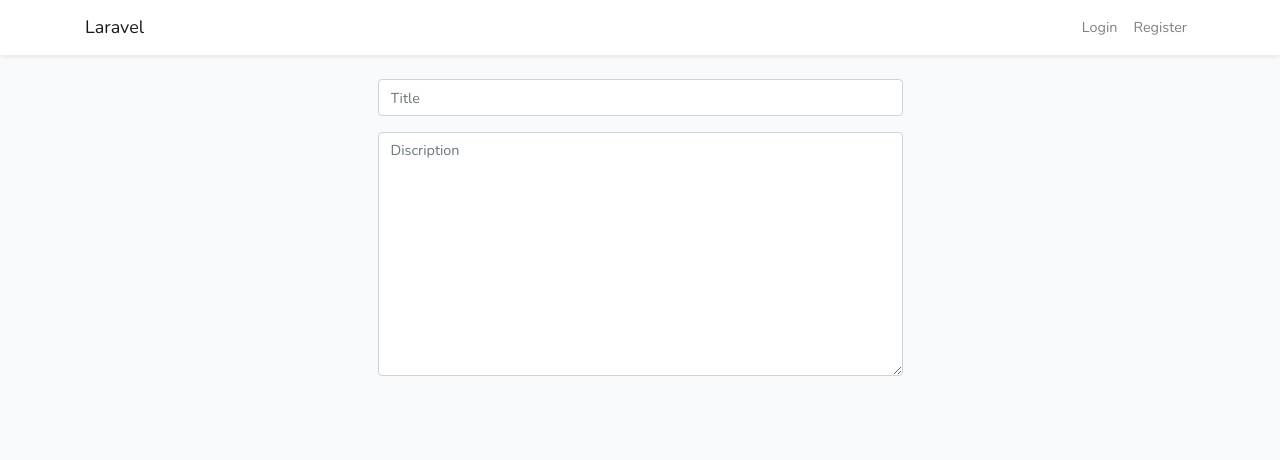
Repository: mohamedelbadawi/Simple-galley-using-laravel
Page: http://localhost/admin/albums/create
An editor plug-in stored every save of this project. The page is shown before and after the next save, followed by the edit.
The browser window is 1280 px wide. The pictures show the whole page.
The page is served by the project's Laravel application, run on PHP 8.4 with Laravel 8. Other server files are loaded and not shown.

Above is the page before, as saved 2021-08-31 09:46:48.

### Gallery/routes/web.php
<?php

use App\Http\Controllers\AlbumsController;
use Illuminate\Support\Facades\Auth;
use Illuminate\Support\Facades\Route;

/*
|--------------------------------------------------------------------------
| Web Routes
|--------------------------------------------------------------------------
|
| Here is where you can register web routes for your application. These
| routes are loaded by the RouteServiceProvider within a group which
| contains the "web" middleware group. Now create something great!
|
 */

Route::get('/', function () {
    return view('gallery/index');
});

Route::get('/home', function () {
    return view('gallery/index');
});

Route::get('/index', function () {
    return view('gallery/index');
})->name('index');

Route::get('/gallery', function () {
    return view('gallery/gallery');
})->name('gallery');

Route::get('/about', function () {
    return view('gallery/about');
})->name('about');

Route::get('/contact', function () {
    return view('gallery/contact');
})->name('contact');
Route::get('/blog', function () {
    return view('gallery/blog');
})->name('blog');

Route::prefix('admin')->group(function () {
    Auth::routes();
    Route::get('/dashboard', function () {
        return view('admin/dashboard');
    });
    Route::get('/albums/create',[AlbumsController::class,'create']);


});
Route::get('/admin', function () {
    return view('admin.Dashboard');
})->middleware('auth');

### Gallery/app/Http/Controllers/AlbumsController.php
<?php

namespace App\Http\Controllers;

class AlbumsController extends Controller
{
    public function index()
    {

    }

    public function create()
    {

        return view('admin.albums.create');
    }

}

### Gallery/resources/views/admin/albums/create.blade.php
@extends('layouts.app')
@section('content')
    <div class="container d-flex justify-content-center" >

        <form action="" class="col-md-6">
            <div class="form-group">
                <input type="text" class="form-control" name="title" placeholder="Title">
            </div>
            <div class="form-group">

                <textarea name="discription" id="" cols="30" class="form-control" rows="10" placeholder="Discription"></textarea>
            </div>

        </form>
    </div>


@endsection

Loaded but not shown: Gallery/app/Http/Controllers/Auth/ConfirmPasswordController.php (common file); Gallery/app/Http/Controllers/Controller.php (common file); Gallery/resources/views/layouts/app.blade.php (common file); Gallery/public/css/app.css (library)

After the next save:
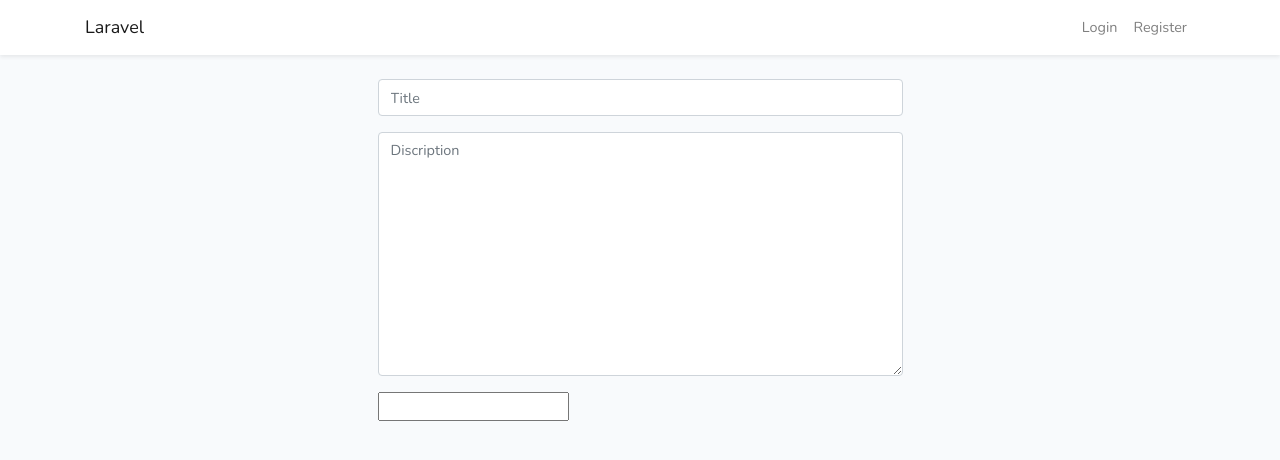
Saved 27 s later.
--- a/Gallery/resources/views/admin/albums/create.blade.php
+++ b/Gallery/resources/views/admin/albums/create.blade.php
@@ -7,8 +7,10 @@
                 <input type="text" class="form-control" name="title" placeholder="Title">
             </div>
             <div class="form-group">
-
                 <textarea name="discription" id="" cols="30" class="form-control" rows="10" placeholder="Discription"></textarea>
+            </div>
+            <div class="form-group">
+            <input type="img">
             </div>
 
         </form>
